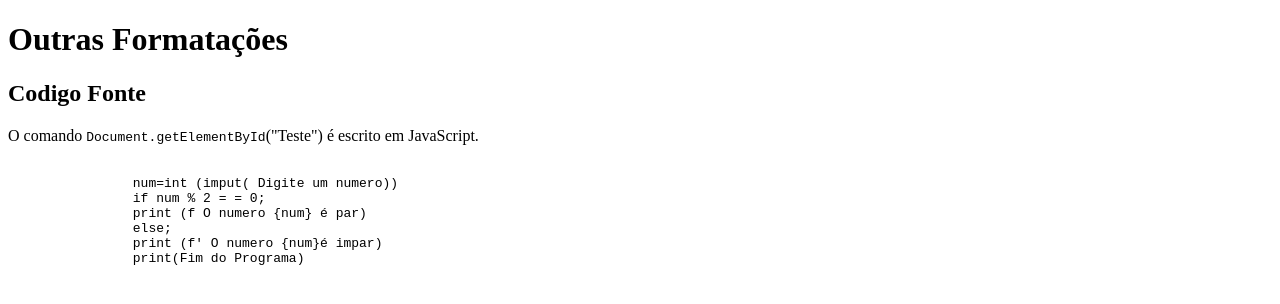
Repository: Guillermomarcon/exercicios
Page: ex009/index.html
These files come from the project's save history. The page is drawn as it stood at one moment and after the next save; the edit follows.
The browser window is 1280 px wide. The pictures show the whole page.

Above is the page before, as saved 2020-12-10 01:30:38.

### ex009/index.html
<!DOCTYPE html>
<html lang="pt-br">
<head>
    <meta charset="UTF-8">
    <meta name="viewport" content="width=device-width, initial-scale=1.0">
    <title>Outras Formatações</title>
</head>
<body>
    <h1>Outras Formatações</h1>
    <h2>Codigo Fonte</h2>
    <p>O comando <code>Document.getElementById</code>("Teste") é escrito em JavaScript.</p>
    <p>
        <pre>
            <code>
                num=int (imput( Digite um numero))
                if num % 2 = = 0;
                print (f O numero {num} é par)
                else;
                print (f' O numero {num}é impar)
                print(Fim do Programa)
            </code>
        </pre>
    </p>


</body>
</html>

After the next save:
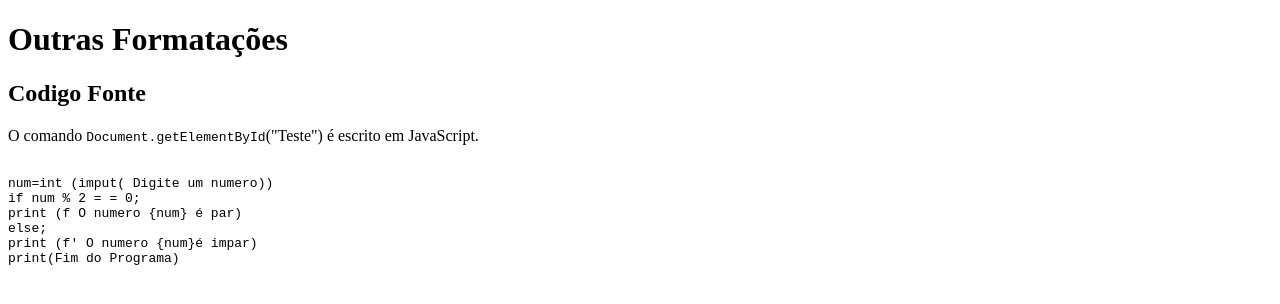
Saved 70 s later.
--- a/ex009/index.html
+++ b/ex009/index.html
@@ -12,12 +12,12 @@
     <p>
         <pre>
             <code>
-                num=int (imput( Digite um numero))
-                if num % 2 = = 0;
-                print (f O numero {num} é par)
-                else;
-                print (f' O numero {num}é impar)
-                print(Fim do Programa)
+num=int (imput( Digite um numero))
+if num % 2 = = 0;
+print (f O numero {num} é par)
+else;
+print (f' O numero {num}é impar)
+print(Fim do Programa)
             </code>
         </pre>
     </p>
